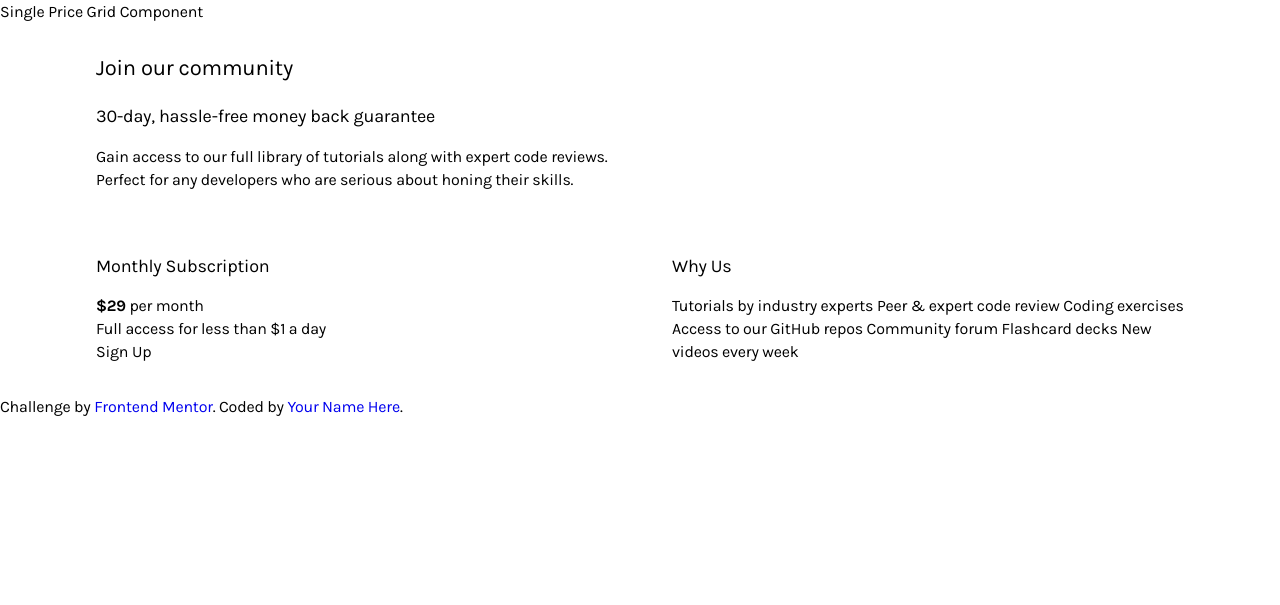
Repository: bangjuyoung/bangjuyoung
Page: practice/frontend-mentor/single-price-grid-component/index.html
An editor plug-in stored every save of this project. The page is shown before and after a run of saves, followed by the edit.
The browser window is 1280 px wide. The pictures show the whole page.

Above is the page before, as saved 2019-06-16 12:50:03.

### practice/frontend-mentor/single-price-grid-component/index.html
<!DOCTYPE html>
<html lang="en">

<head>
  <meta charset="UTF-8">
  <meta name="viewport" content="width=device-width, initial-scale=1.0">
  <title>Frontend Mentor | Single Price Grid Component</title>
  <link rel="icon" type="image/png" sizes="32x32" href="./images/favicon-32x32.png">
  <link rel="stylesheet" href="../../../assets/css/base.css">
  <link href="https://fonts.googleapis.com/css?family=Karla:400,700&display=swap" rel="stylesheet">
  <link rel="stylesheet" href="./default.css">
</head>

<body>
  <main role="main">
    <h1>Single Price Grid Component</h1>
    <article class="single-price">

      <section class="single-price__primary single-price__divider">
        <div class="single-price__body">
          <h2 class="single-price__title">Join our community</h2>
          <h3 class="single-price__subtitle">30-day, hassle-free money back guarantee</h3>
          <p>Gain access to our full library of tutorials along with expert code reviews.</p>
          <p>Perfect for any developers who are serious about honing their skills.</p>
        </div>
      </section>

      <div class="single-price__secondary">
        <section class="single-price__divider">
          <div class="single-price__body">
            <h3 class="single-price__subtitle">Monthly Subscription</h3>
            <p><strong>&dollar;29</strong> per month</p>
            <p>Full access for less than &dollar;1 a day</p>
            <a class="btn btn-secondary btn-block">Sign Up</a>
          </div>
        </section>

        <section class="single-price__divider">
          <div class="single-price__body">
            <h4 class="single-price__subtitle">Why Us</h4>
            <p>
              Tutorials by industry experts
              Peer &amp; expert code review
              Coding exercises
              Access to our GitHub repos
              Community forum
              Flashcard decks
              New videos every week
            </p>
          </div>
        </section>
      </div>

    </article>
  </main>


  <footer role="contentinfo">
    <p class="attribution">
      Challenge by <a href="https://www.frontendmentor.io?ref=challenge" target="_blank" rel="noopener">Frontend
        Mentor</a>.
      Coded by <a href="#">Your Name Here</a>.
    </p>
  </footer>
</body>

</html>

### assets/css/base.css
@charset "UTF-8";

/*
// Base
//
// Normalization of HTML elements, manually forked from Normalize.css to remove
// styles targeting irrelevant browsers while applying new styles.
//
// Normalize is licensed MIT. https://github.com/necolas/normalize.css
*/

/*
 * Document
 */

*,
*::before,
*::after {
  /* padding 과 border 가 요소 너비에 포함되도록 설정 */
  box-sizing: border-box;
}

html {
  /* 모든 브라우저에 기본 폰트 및 line-height 설정 */
  font-family: sans-serif;
  line-height: 1.15;
  /* window 폰의 IE 나 iOS 에서 방향 변경시 폰트 사이즈 수정되는 현상 막음 */
  -webkit-text-size-adjust: 100%;
  /* @viewport 설정시 IE11 과 Edge 에서 스크롤바가 컨텐트에 겹치므로 겹치지 않고 자동 숨김 되지 않도록 강제 */
  -ms-overflow-style: scrollbar;
  /* iOS 에서 완전히 투명으로 보이기 위해 기본 탭 하이라이트 변경 */
  -webkit-tap-highlight-color: rgba(0, 0, 0, 0);
}

/* IE10 이하 및 오래된 브라우저에서 새 HTML5 요소들 맞게 표시 */
article,
aside,
figcaption,
figure,
footer,
header,
hgroup,
main,
nav,
section {
  display: block;
}

/* 여백 초기화 */
body,
h1,
h2,
h3,
h4,
h5,
h6,
p,
ol,
ul,
dl,
blockquote,
pre,
figure,
input,
button,
select,
optgroup,
textarea,
fieldset {
  margin: 0;
}

/*
 * Body
 */

/*
  -apple-system, // Safari for OS X and iOS (San Francisco)
  BlinkMacSystemFont, // Chrome < 56 for OS X (San Francisco)
  "Segoe UI", // Windows
  "Roboto", // Android
  "Helvetica Neue", Arial, sans-serif, // Basic web fallback
  "Apple Color Emoji", "Segoe UI Emoji", "Segoe UI Symbol" !default; // Emoji fonts
 */

body {
  font-family: -apple-system, BlinkMacSystemFont, 'Segoe UI', Roboto,
    'Helvetica Neue', Arial, Noto Sans, sans-serif, 'Apple Color Emoji',
    'Segoe UI Emoji', 'Segoe UI Symbol', 'Noto Color Emoji';
  font-size: 1rem;
  font-weight: 400;
  line-height: 1.5;
  /* 명시적으로 기본값을 지정해 하위 요소들이 상속 받을 수 있게 함 */
  text-align: left;
  /* 기본 배경색 지정 */
  background-color: #fff;
}

body,
input,
textarea,
select,
button {
  font-synthesis: none;
  -moz-font-feature-settings: 'kern';
  -webkit-font-smoothing: antialiased;
  -moz-osx-font-smoothing: grayscale;
}

/*
 * Future-proof rule: in browsers that support :focus-visible,
 * focus outline 을 표시하지 않는 요소에 프로그램적으로 포커스가 갔을때 focus outline 숨김
 *
 * See https://developer.mozilla.org/en-US/docs/Web/CSS/:focus-visible
 * and https://developer.paciellogroup.com/blog/2018/03/focus-visible-and-backwards-compatibility/
 */
[tabindex='-1']:focus:not(:focus-visible) {
  outline: 0 !important;
}

/*
 * Content grouping
 *
 */

hr {
  box-sizing: content-box;
  height: 0;
  /* Edge와 ie에서 overflow 표시 */
  overflow: visible;
}

/*
 * Typography
 */

h1,
h2,
h3,
h4,
h5,
h6 {
  font-size: inherit;
  font-weight: inherit;
}

/*
 * Abbreviations
 */

abbr[title] {
  /* Chrome, Edge, IE, Opera, 그리고 Safari 에서 테스트 표시줄 스타일 정정 */
  text-decoration: underline;
  text-decoration: underline dotted;
  /* 바뀐 행위를 나타내기 위해 명시적으로 커서를 추가 */
  cursor: help;
  /* Firefox 39이하에서 나타나는 테스트 하단 테투리 제거 */
  border-bottom: 0;
  /* 텍스트 표시줄이 건너뛰지 않도록 설정 */
  text-decoration-skip-ink: none;
}

address {
  font-style: normal;
  line-height: inherit;
}

b,
strong {
  /* Chrome, Edge, 그리고 Safari 에서 올바른 글자 굵기 정정 */
  font-weight: bolder;
}

small {
  /* 모든 브라우저에서 글자 크기 정정 */
  font-size: 85%;
}

/*
 * 모든 브라우저에서 sub 과 sup 요소들이 즐 간격 영향 받지 않도록 설정
 */

sub,
sup {
  position: relative;
  font-size: 75%;
  line-height: 0;
  vertical-align: baseline;
}

sub {
  bottom: -0.25em;
}

sup {
  top: -0.5em;
}

/*
 * Links
 */

a {
  text-decoration: none;
  /* IE 10 에서 현재 열려 있는 링크에 나타나는 회색배경색을 제거 */
  background-color: transparent;
}

a:hover {
  text-decoration: underline;
}

/*
 * tablindex 없이는 명시적으로 키보드 포커스가 가능하지 않도록 href 속성이 없는 플레이스 홀더 링크/네임 앵커에 대한 스타일 재지정
 * 단순히 a[href] 로 스타일 지정이 간단할 수 있지만, 많은 다른 스타일내에서 고치기엔 복잡한 특정 이슈 유발 가능성 존재
 * See https://github.com/twbs/bootstrap/issues/19402
 */

a:not([href]):not([tabindex]) {
  color: inherit;
  text-decoration: none;
}

a:not([href]):not([tabindex]):hover,
a:not([href]):not([tabindex]):focus {
  color: inherit;
  text-decoration: none;
}

a:not([href]):not([tabindex]):focus {
  outline: 0;
}

/*
 * Code
 */

pre,
code,
kbd,
samp {
  font-family: SFMono-Regular, Menlo, Monaco, Consolas, 'Liberation Mono',
    'Courier New', monospace;
  /* 모든 브라우저에서 이상한 em 글자 크기 정정 */
  font-size: 1em;
}

pre {
  /* 바깥 영역을 깨지 않도록 내용 영역 오버플로우 설정 */
  overflow: auto;
  /* IE11 와 Edge 에서 @viewport 설정시 스크롤바가 내용을 덮는 현상에서 내용 덮지 않고 자동으로 숨겨지지 않도록 재지정  */
  -ms-overflow-style: scrollbar;
}

/*
 * Images and content
 */

img {
  vertical-align: middle;
  /* IE10 이하에서 링크 내 이미지 요소들에 테두리 제거 */
  border-style: none;
}

svg {
  /*
     * IE10/11 에서 오버플로우 되는 버그로 인해 필요
     * See https://github.com/twbs/bootstrap/issues/26878
     */
  overflow: hidden;
  vertical-align: middle;
}

/*
 * Tables
 */

table {
  /* Prevent double borders 테두리들이 맞 닿았을 때 합쳐지도록 설정 */
  border-collapse: collapse;
}

/* body 요소나 가장 가까운 부모로 부터 지정된 텍스트 정렬 요소를 상속해 td 요소 정렬과 일치 */
caption,
th {
  text-align: inherit;
}

/*
 * Forms
 */

/*
 * macOS Chrome 에서 추가되는 기본 border-radius  제거
 * Details at https://github.com/twbs/bootstrap/issues/24093
 */
button {
  border-radius: 0;
}

/* Firefox/IE 에서 button 배경색이 투명일 때 기본 button 포커스 스타일이 손실되는 버그 피함
 * Credit: https://github.com/suitcss/base/
 */
button:focus {
  outline: 1px dotted;
  outline: 5px auto -webkit-focus-ring-color;
}

input,
button,
select,
optgroup,
textarea {
  font-family: inherit;
  font-size: inherit;
  line-height: inherit;
}

button,
input {
  /* Edge 에서 overflow 보임  */
  overflow: visible;
}

button,
select {
  /* Firefox 에서 텍스트 변형 상속되는 것을 제거 */
  text-transform: none;
}

/* 1. Android 4 에서 기본 audio 와 video 컨트롤이 제거되는 WebKit 버그 제거 */
button,
[type="button"],
/* 1 */
[type="reset"],
[type="submit"] {
  /* iOS 와 Safari 에서 클릭 가능한 타입으로 스타일 정정  */
  -webkit-appearance: button;
}

/* Firefox 에서 안쪽 테두리와 여백 제거하고 Normalize 처럼 outline 을 복원하지 않음 */
button::-moz-focus-inner,
[type='button']::-moz-focus-inner,
[type='reset']::-moz-focus-inner,
[type='submit']::-moz-focus-inner {
  padding: 0;
  border-style: none;
}

/* IE 10 이하에서 box sizing 정정 추가 및 padding 제거 */
input[type='radio'],
input[type='checkbox'] {
  box-sizing: border-box;
  padding: 0;
}

input[type='date'],
input[type='time'],
input[type='datetime-local'],
input[type='month'] {
  /* Mobile Safari 에서 line-height 설정시 텍스트가 input 내 수직 중양 정렬되지 않는 버그를 피하기 위해 시간 input 기본 모양 제거
    // See https://bugs.webkit.org/show_bug.cgi?id=139848
    // and https://github.com/twbs/bootstrap/issues/11266
    */
  -webkit-appearance: listbox;
}

textarea {
  /* IE 에서 기본 수직 스크롤바 제거 */
  overflow: auto;
  /* textarea 는 수직으로만 리사이즈 되도록 설정 */
  resize: vertical;
}

fieldset {
  /*
     * fieldsets 은 min-width이 min-content 로 일반 블록 요소처럼 min-width 재지정
     * See https://github.com/twbs/bootstrap/issues/12359
     * and https://html.spec.whatwg.org/multipage/#the-fieldset-and-legend-elements
     * 페이지 레이아웃에 영향을 주지 않도록 기본 스타일 리셋
     */
  min-width: 0;
  padding: 0;
  border: 0;
}

/* 1. Edge 와 IE 에서 텍스트 래핑 정정 */
legend {
  display: block;
  width: 100%;
  /* 1 */
  max-width: 100%;
  margin-bottom: 0.5rem;
  padding: 0;
  font-size: 1.5rem;
  /* IE 에서 fieldset 요소로 부터 색상 상속하도록 정정 */
  color: inherit;
  line-height: inherit;
  /* 1 */
  white-space: normal;
}

progress {
  /* Chrome, Firefox, Opera 에서 vertical alignment 스타일 추가 */
  vertical-align: baseline;
}

[type='number']::-webkit-inner-spin-button,
[type='number']::-webkit-outer-spin-button {
  /* Chrome 에서 증감 버튼 커서 스타일 정정 */
  height: auto;
}

[type='search'] {
  /*
     * iOS 에서 검색 input 의 추가적인 둥근 코너를 오버라이드하여
     * 기본 form-control 클래스 스타일이 적절히 스타일 적용될 수 있도록 함
     * https://github.com/twbs/bootstrap/issues/11586.
     * Safari 에서 outline 스타일 정정
     */
  outline-offset: -2px;
  -webkit-appearance: none;
}

/*
 * macOS 에서 Chrome 과 Safari 에서 안쪽 여백 제거
 */

[type='search']::-webkit-search-decoration {
  -webkit-appearance: none;
}

::-webkit-file-upload-button {
  font: inherit;
  /* iOS 와 Safari 에서 클릭가능한 타입으로 정정 */
  -webkit-appearance: button;
}

/*
* 요소 디스플레이 정정
*/

output {
  display: inline-block;
}

summary {
  /* 모든 브라우저에서 적절한 디스플레이 속성 추가 */
  display: list-item;
  cursor: pointer;
}

template {
  /* IE에서 필요 */
  display: none;
}

[hidden] {
  /* hidden 속성을 가진 HTML 요소는 항상 숨김 (from PureCSS), IE 10 이하에서 필요 */
  display: none !important;
}

### practice/frontend-mentor/single-price-grid-component/default.css
@charset "UTF-8";

html {
    font-size: 15px;
}

body {
    font-family: 'Karla', sans-serif;
    letter-spacing: -0.013em;
    line-height: 1.44;
}

@media (min-width: 48rem) {
    html {
        font-size: 16px;
    }
}


/*
 * single-price
 */
.single-price {
    max-width: 36rem;
    margin-left: auto;
    margin-right: auto;
}

.single-price__body {
    padding: 2rem;
}

.single-price__title {
    margin-bottom: 1.5rem;
    font-size: 1.375rem;
    line-height: 1.2;
}

.single-price__subtitle {
    margin-bottom: 1rem;
    font-size: 1.125rem;
    line-height: 1.3;
}

@media (min-width: 74rem) {
    .single-price {
        max-width: 72rem;
    }

    .single-price__secondary::after {
        content: '';
        display: block;
        clear: both;
    }

    .single-price__secondary .single-price__divider {
        float: left;
        width: 50%;
    }
}


/*
 * theme
 */
.text-primary {
    color: hsl(179, 62%, 43%);
}

.text-primary--gray {
    color: hsl(218, 22%, 67%);
}

.text-sedondary {
    color: hsl(71, 73%, 54%);
}

.text-gray--pale {
    color: hsl(204, 43%, 93%);
}

After the next 2 saves:
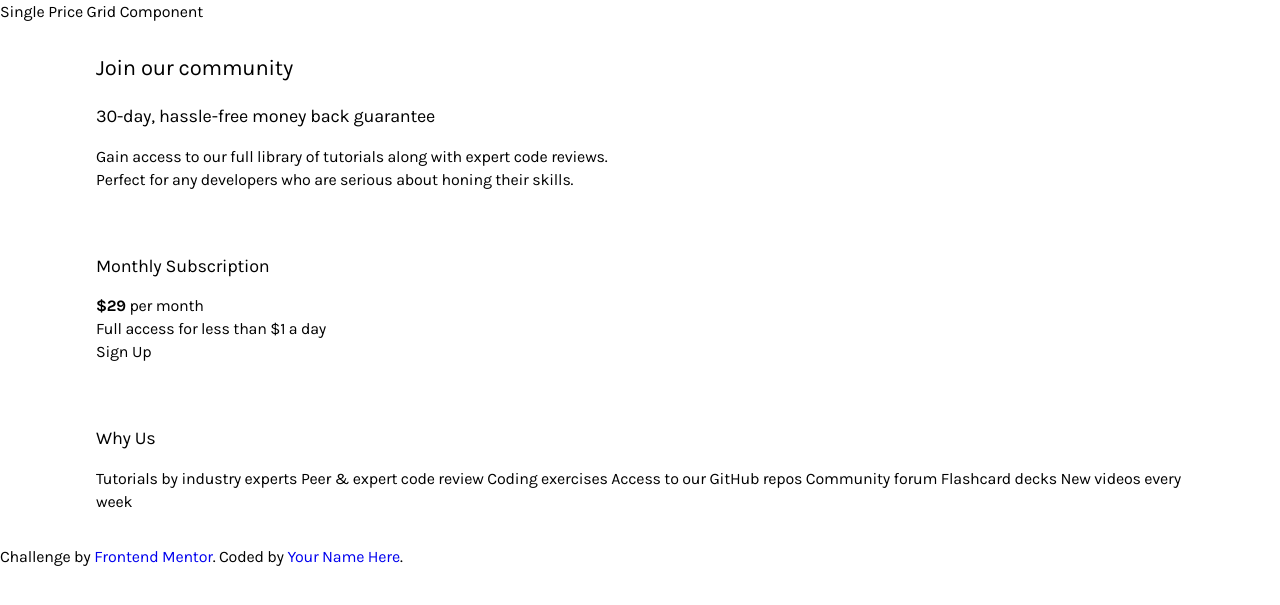
The 2 saves are shown as one change because they came seconds apart.
The last was saved 15 min 54 s later.
--- a/practice/frontend-mentor/single-price-grid-component/index.html
+++ b/practice/frontend-mentor/single-price-grid-component/index.html
@@ -14,9 +14,9 @@
 <body>
   <main role="main">
     <h1>Single Price Grid Component</h1>
-    <article class="single-price">
+    <article class="single-price__wrapper">
 
-      <section class="single-price__primary single-price__divider">
+      <section class="single-price__primary single-price">
         <div class="single-price__body">
           <h2 class="single-price__title">Join our community</h2>
           <h3 class="single-price__subtitle">30-day, hassle-free money back guarantee</h3>
@@ -26,7 +26,7 @@
       </section>
 
       <div class="single-price__secondary">
-        <section class="single-price__divider">
+        <section class="single-price">
           <div class="single-price__body">
             <h3 class="single-price__subtitle">Monthly Subscription</h3>
             <p><strong>&dollar;29</strong> per month</p>
@@ -35,7 +35,7 @@
           </div>
         </section>
 
-        <section class="single-price__divider">
+        <section class="single-price">
           <div class="single-price__body">
             <h4 class="single-price__subtitle">Why Us</h4>
             <p>
